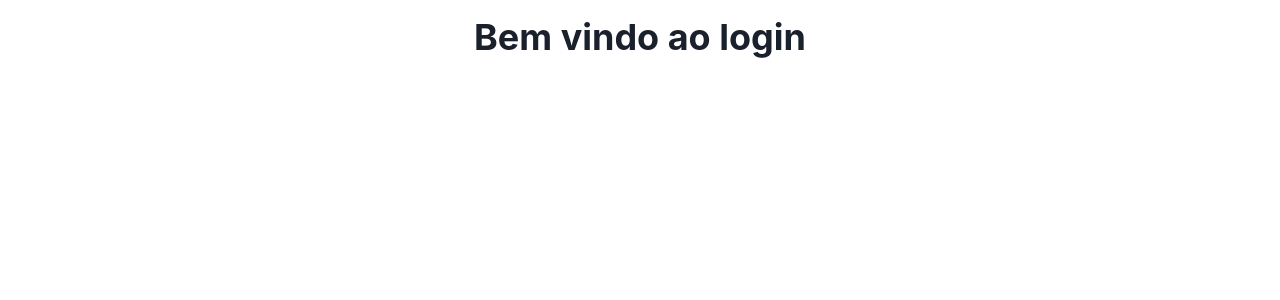
Repository: thislucasme/front-end-cats-react.js
Page: /login
These files come from the project's save history. The page is drawn as it stood at one moment and after the next save; the edit follows.
The browser window is 1280 px wide. The pictures show the whole page.
The project was rebuilt for these pictures with package versions that can differ from the ones it lists, and the page was loaded fresh each time. Also part of the build but not shown: src/components/lista.gatos.tsx, src/components/menu.tsx, src/pages/cadastro.gatos.tsx, src/hooks/gato.hooks.ts, src/pages/busca.gatos.tsx.

Above is the page before, as saved 2021-10-27 16:27:22.

### src/index.tsx
import { ColorModeScript } from "@chakra-ui/react"
import * as React from "react"
import ReactDOM from "react-dom"
import { App } from "./App"
import reportWebVitals from "./reportWebVitals"
import * as serviceWorker from "./serviceWorker"
import { ChakraProvider, theme } from '@chakra-ui/react'

ReactDOM.render(
  <React.StrictMode>
    <ColorModeScript />
    <ChakraProvider theme={theme}>
      <App />
    </ChakraProvider>
  </React.StrictMode>,
  document.getElementById("root"),
)

// If you want your app to work offline and load faster, you can change
// unregister() to register() below. Note this comes with some pitfalls.
// Learn more about service workers: https://cra.link/PWA
serviceWorker.unregister()

// If you want to start measuring performance in your app, pass a function
// to log results (for example: reportWebVitals(console.log))
// or send to an analytics endpoint. Learn more: https://bit.ly/CRA-vitals
reportWebVitals()

### src/App.tsx
import React from "react";
import { Cadastro } from "./pages/cadastro.gatos";
import { BrowserRouter, Switch, Route } from "react-router-dom";
import { Busca } from "./pages/busca.gatos";
import { Login } from "./pages/login";


export const App: React.FC = () => {
  return (
    <BrowserRouter>
      <Switch>
        <Route exact path={'/cadastro'} component={Cadastro} />
        <Route exact path={'/buscar'} component={Busca} />
        <Route exact path={'/login'} component={Login} />

      </Switch>
    </BrowserRouter>
  );
}

### src/pages/login.tsx
import { Center, FormLabel, Heading, Input, Spacer, VStack } from "@chakra-ui/react";
import React from "react";
import { Lista } from "../components/lista.gatos";
export const Login = () => {
	return (
		<Center>
			<VStack w="full">
				<VStack w="50%">
					<Heading my={4}>Bem vindo ao login</Heading>

				</VStack>
			</VStack>
		</Center>
	);
}

Loaded but not shown: public/index.html (common file); src/reportWebVitals.ts (common file); src/serviceWorker.ts (common file)

After the next save:
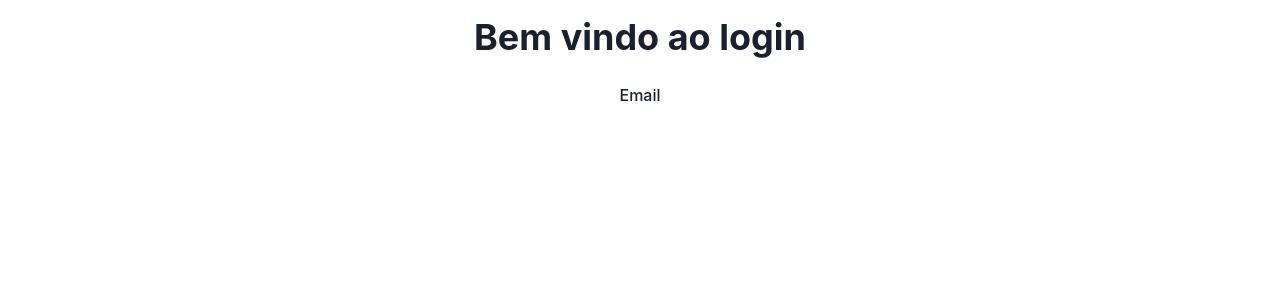
Saved 10 s later.
--- a/src/pages/login.tsx
+++ b/src/pages/login.tsx
@@ -7,7 +7,7 @@ export const Login = () => {
 			<VStack w="full">
 				<VStack w="50%">
 					<Heading my={4}>Bem vindo ao login</Heading>
-
+					<FormLabel>Email</FormLabel>
 				</VStack>
 			</VStack>
 		</Center>
